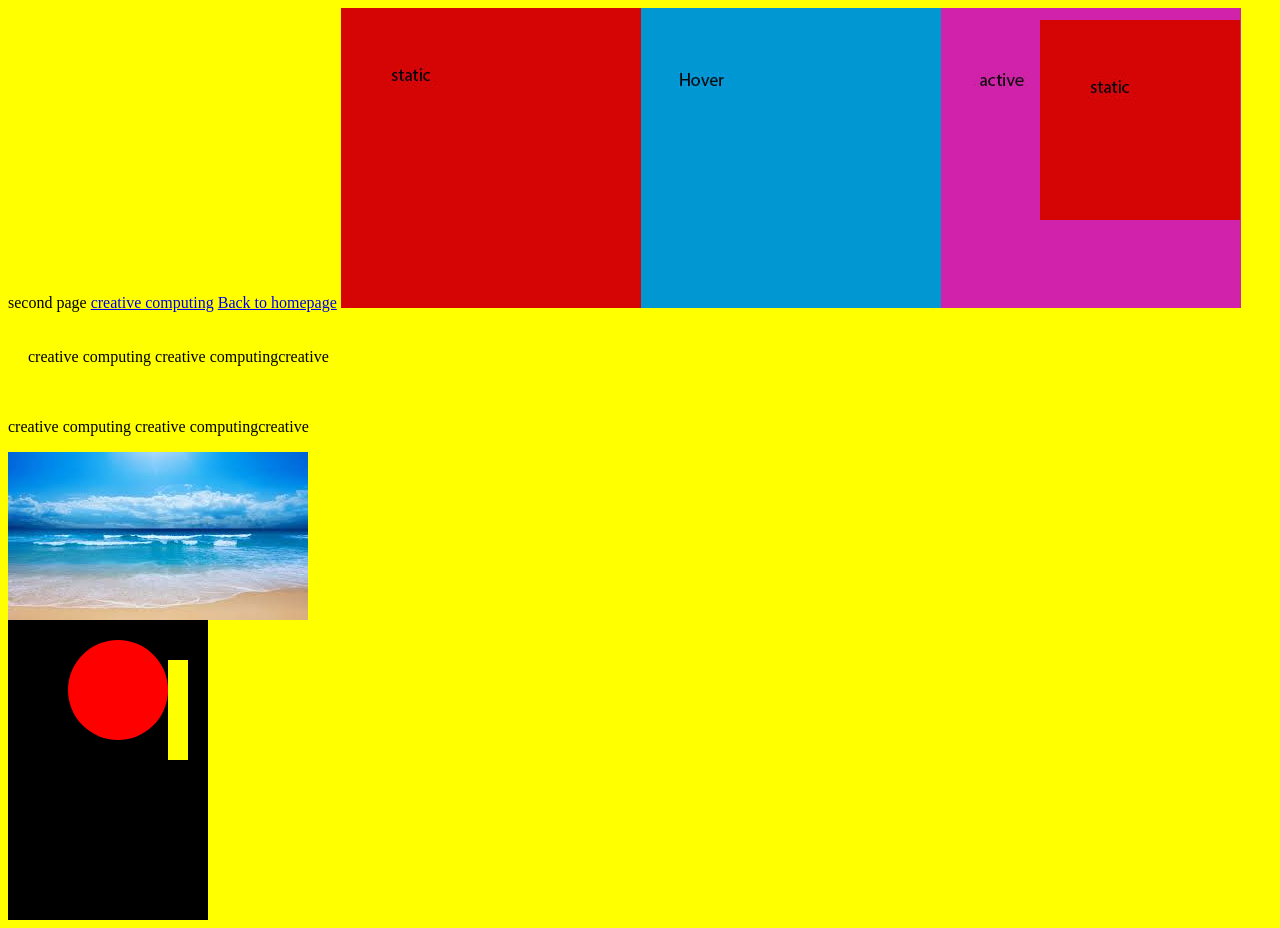
Repository: kimc687/kimc687.github.io
Page: page2.html
The author's editor kept a record of every edit. The page is drawn from the files as they stood at one moment, then again after the next edit.
The browser window is 1280 px wide. The pictures show the whole page.

Above is the page before.

After the next edit:
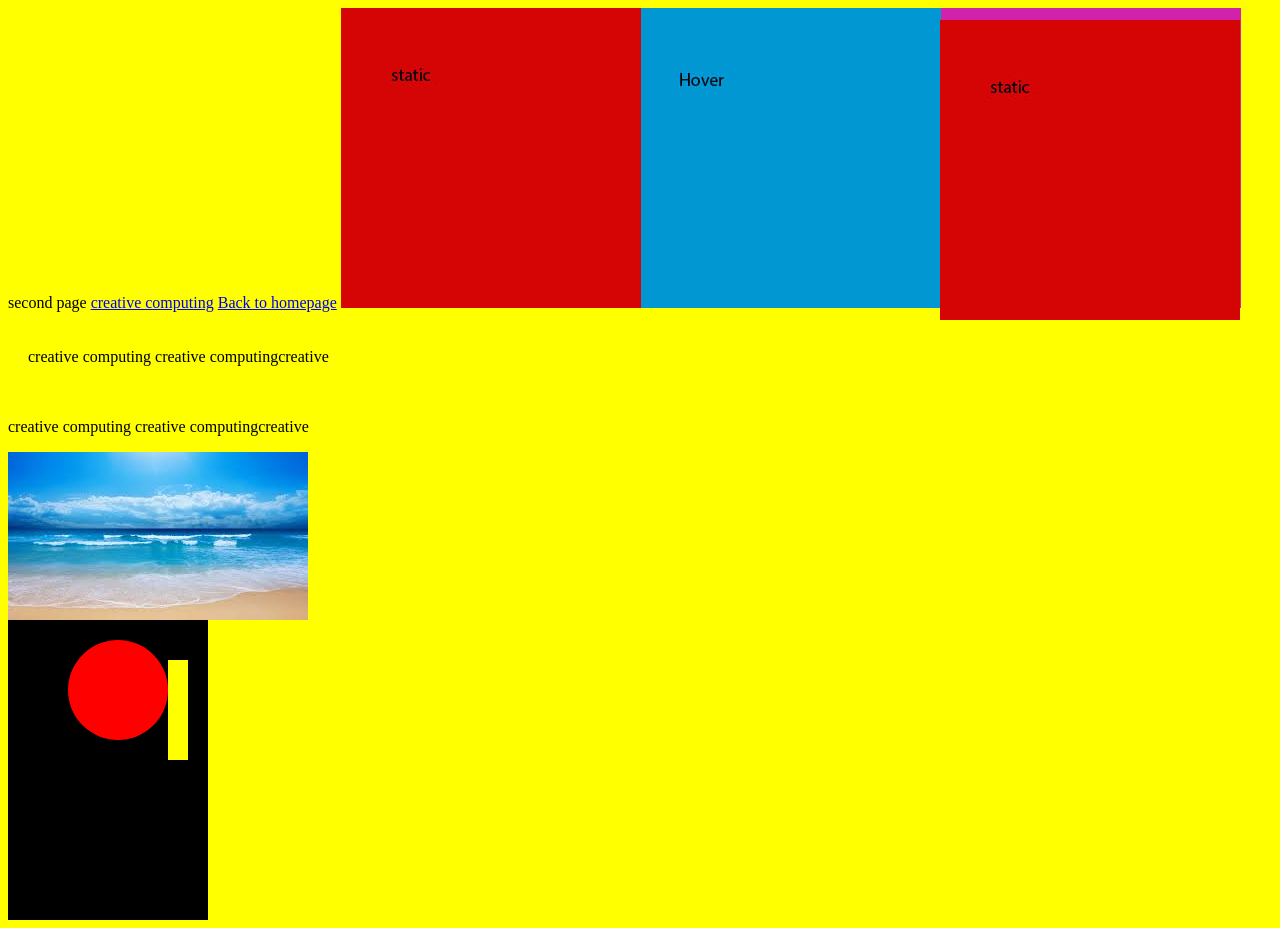
The edit:
--- a/columns.css
+++ b/columns.css
@@ -19,8 +19,8 @@
 }
 
 .sprite {
-    width:200px;
-    height:200px;
+    width:300px;
+    height:300px;
     background-image:url(sprite.jpg);
     background-repeat:no-repeat;
 display:block;
